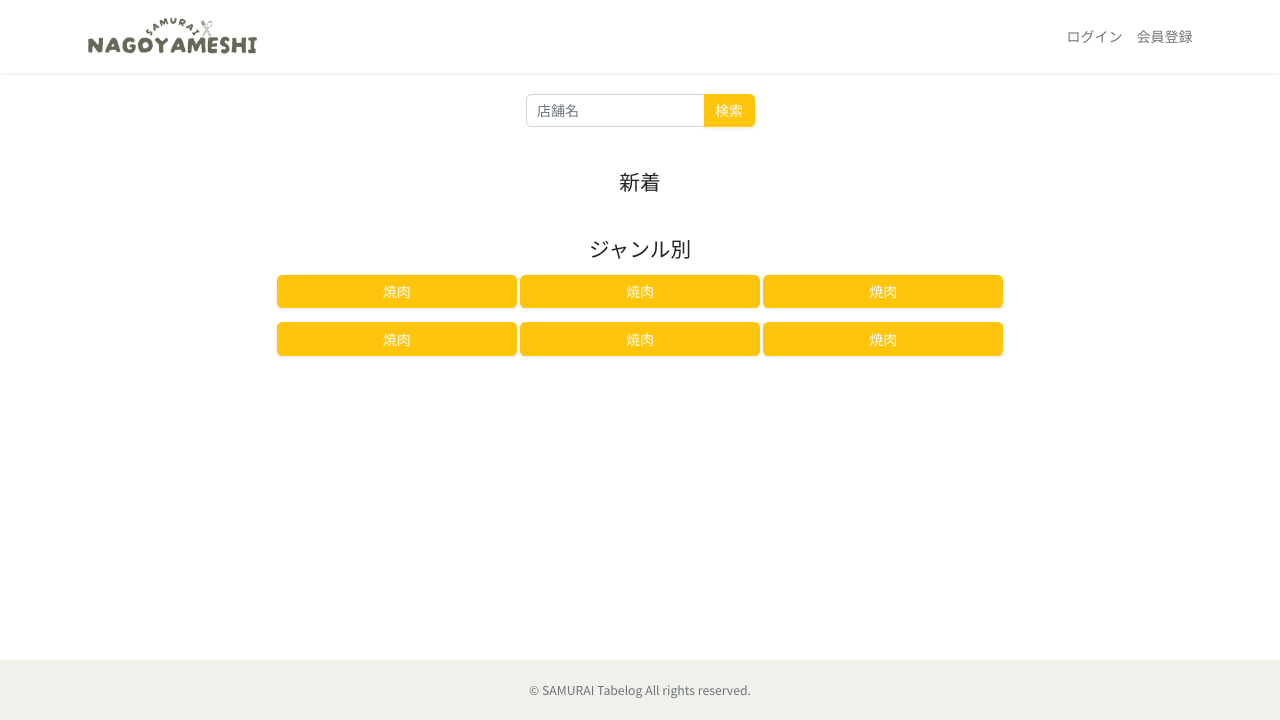
Repository: Mofu-Ya/springboot-tabelog-kadai
Page: http://localhost/index
These files come from the project's save history. The page is drawn as it stood at one moment and after the next save; the edit follows.
The browser window is 1280 px wide. The pictures show the whole page.
The page is this project's Thymeleaf template; nobody is signed in. The template is opened directly, without the code that normally fills it, so the values that code supplies are empty.

Above is the page before, as saved 2025-01-18 02:06:58.

After the next save:
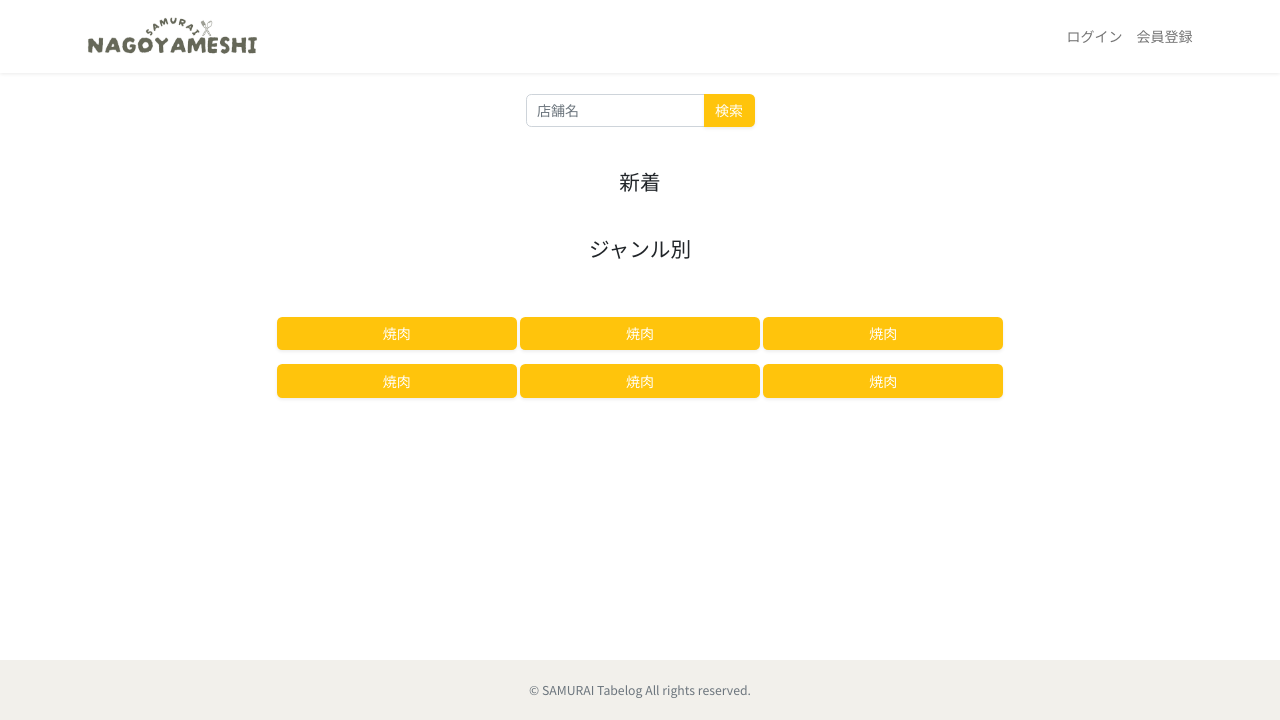
Saved 21 s later.
--- a/kadai_002/samuraitabelog/src/main/resources/templates/index.html
+++ b/kadai_002/samuraitabelog/src/main/resources/templates/index.html
@@ -63,7 +63,7 @@
 <!--                     <div class="col col-lg-10 col-10 mb-3 justify-content-center">-->
 
 						 <div class="row mb-3">
-							 <div class="col text-center">
+							 <div class="col g-5 text-center">
 							<a class="btn text-white shadow-sm category-btn samuraitabelog-btn" th:href="@{/restaurants}">焼肉</a>
 						 	<a class="btn text-white shadow-sm category-btn samuraitabelog-btn" th:href="@{/restaurants}">焼肉</a>
 						 	<a class="btn text-white shadow-sm category-btn samuraitabelog-btn" th:href="@{/restaurants}">焼肉</a>
